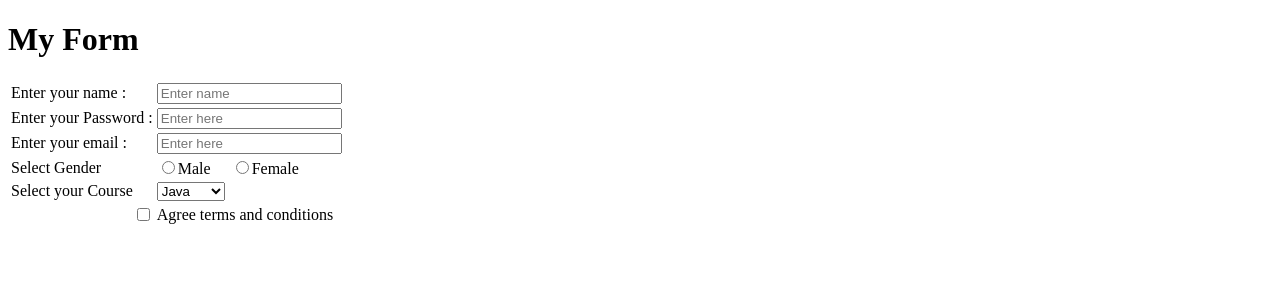
Repository: ShaileshMishr/Javanew
Page: Youtube/src/main/webapp/index.html
The author's editor kept a copy of each file at every save. The page is drawn from the files as they stood at one save, then again after the next save.
The browser window is 1280 px wide. The pictures show the whole page.

Above is the page before, as saved 2023-10-10 19:14:29.

### Youtube/src/main/webapp/index.html
<!DOCTYPE html>
<html>
<head>
<meta charset="ISO-8859-1">
<title>Form Page</title>
</head>
<body>
<div class="container">
	<h1>My Form</h1>
	<form action="RegisterServlet" method="post">
		<table>
			<tr>
				<td>Enter your name :</td>
				<td><input type="text" name="user_name" placeholder="Enter name" /></td>
			</tr>
			<tr>
				<td>Enter your Password :</td>
				<td><input type="password" name="user_password" placeholder="Enter here" /></td>
			</tr>
			<tr>
				<td>Enter your email :</td>
				<td><input type="email" name="user_email" placeholder="Enter here" /></td>
			</tr>
			<tr>
				<td>Select Gender</td>
				<td>
					<input type="radio" name="user_gender" value="male">Male &nbsp; &nbsp;
					<input type="radio" name="user_gender" value="female">Female &nbsp; &nbsp;

				</td>
			</tr>

			<tr>
				<td>
					Select your Course
				</td>
				<td>
					<select name="user_course">
						<option value="Java">Java</option>
						<option value="Python">Python</option>
						<option value="PHP">PHP</option>
						<option value="Android">Android</option>

					</select>
				</td>
			</tr>
			<tr>
				<td style="text-align: right;">
					<input type="checkbox" value="checked" name="condition" />
				</td>
				<td>
					Agree terms and conditions
				</td>
			</tr>
		</table>
	</form>

</div>
</body>
</html>

After the next save:
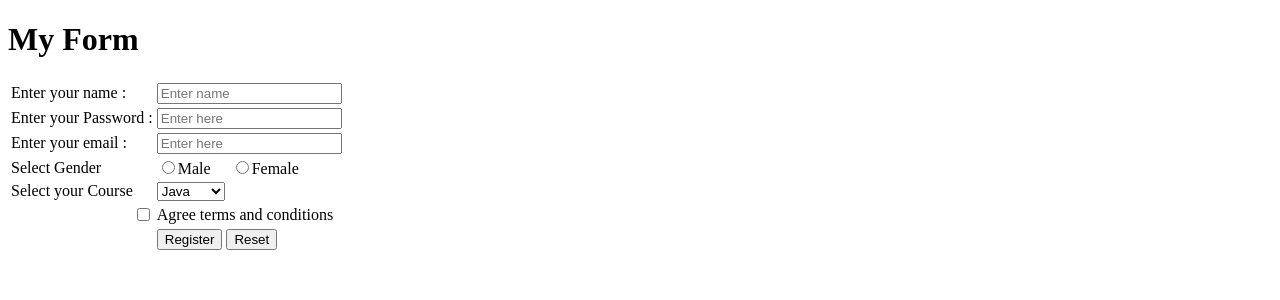
Saved 95 s later.
--- a/Youtube/src/main/webapp/index.html
+++ b/Youtube/src/main/webapp/index.html
@@ -52,6 +52,17 @@
 					Agree terms and conditions
 				</td>
 			</tr>
+
+			<tr>
+				<td>
+
+				</td>
+				<td>
+					<button type="submit"">Register</button>
+					<button type="reset">Reset</button>
+
+				</td>
+			</tr>
 		</table>
 	</form>
 
